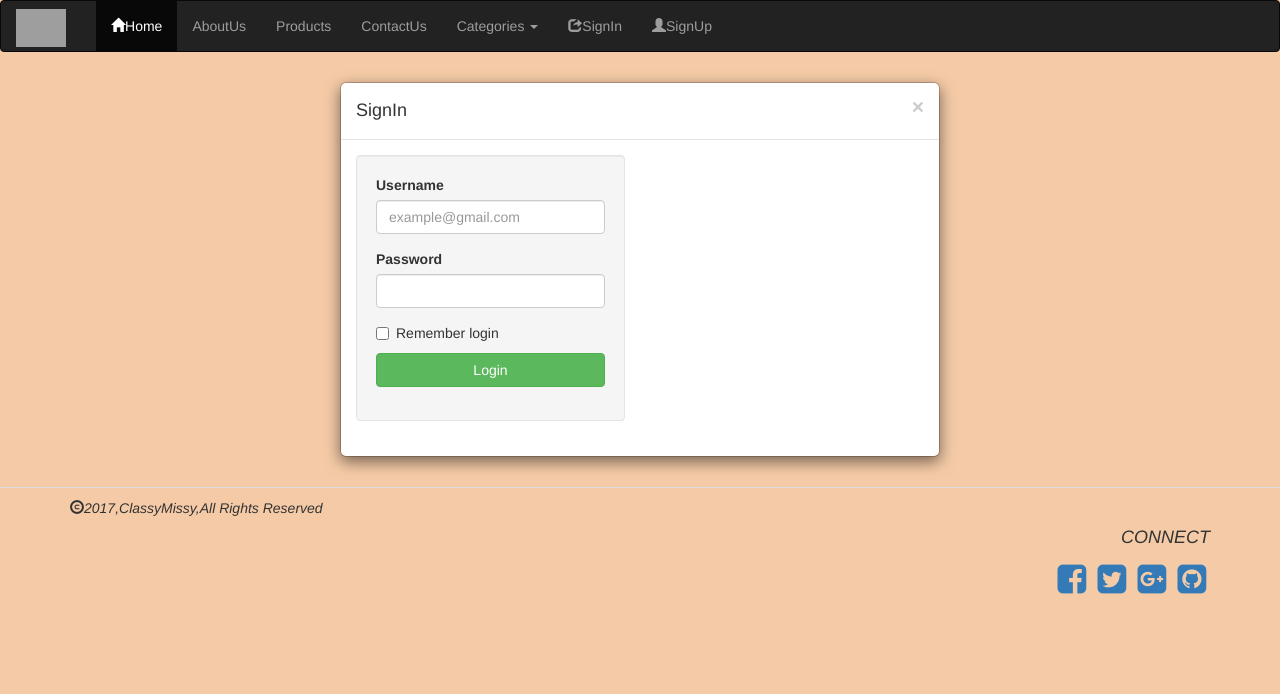
Repository: ananthi024/eCommerce-Project
Page: http://localhost/ClassyMissyFrontend/WEB-INF/views/Login.jsp
These files come from the project's save history. The page is drawn as it stood at one moment and after the next save; the edit follows.
The browser window is 1280 px wide. The pictures show the whole page.
Pictures or frames that could not be fetched are drawn as grey boxes. Some web libraries are served in a nearby version. The page is served by Tomcat 9. Nobody is signed in. Other server files are loaded and not shown. The template is opened directly, without the code that normally fills it, so the values that code supplies are empty.

Above is the page before, as saved 2017-07-11 07:12:12.
Console error (its wording comes from the project's code and is left out).

### 11th July/MyProject/ClassyMissyFrontend/src/main/webapp/WEB-INF/views/Login.jsp
<%@ page language="java" contentType="text/html"%>
<%@include file="Header.jsp" %>
<link href="//maxcdn.bootstrapcdn.com/font-awesome/4.1.0/css/font-awesome.min.css" rel="stylesheet">
<meta name="viewport" content="width=device-width,initial-scale=1">
<link rel="stylesheet" href="https://maxcdn.bootstrapcdn.com/bootstrap/3.3.7/css/bootstrap.min.css">
<script src="https://maxcdn.bootstrapcdn.com/bootstrap/3.3.7/js/bootstrap.min.js"></script>
<script src="https://ajax.googleapis.com/ajax/libs/jquery/3.1.1/jquery.min.js"></script>
</head>
<body>
    <div id="login-overlay" class="modal-dialog">
      <div class="modal-content">
          <div class="modal-header">
              <button type="button" class="close" data-dismiss="modal"><span aria-hidden="true">×</span><span class="sr-only">Close</span></button>
              <h4 class="modal-title" id="myModalLabel">SignIn </h4>
          </div>
          <div class="modal-body">
              <div class="row">
                  <div class="col-xs-6">
                      <div class="well">
                          <form id="loginForm" action="perform_login" method="POST"  novalidate="novalidate" required>
                              <div class="form-group">
                                  <label for="username" class="control-label">Username</label>
                                  <input type="text" class="form-control" id="username" name="username" value="" required="" title="Please enter you username" placeholder="example@gmail.com">
                                  <span class="help-block"></span>
                              </div>
                              <div class="form-group">
                                  <label for="password" class="control-label">Password</label>
                                  <input type="password" class="form-control" id="password" name="password" value="" required="" title="Please enter your password">
                                  <span class="help-block"></span>
                              </div>
                              <div id="loginErrorMsg" class="alert alert-error hide">Wrong username or password</div>
                              <div class="checkbox">
                                  <label>
                                      <input type="checkbox" name="remember" id="remember"> Remember login
                                  </label>

                              </div>
                              <button  type="submit" class="btn btn-success btn-block">Login</button>

                          </form>
                      </div>
                  </div>

              </div>
          </div>
      </div>
  </div>
  <%@include file="Footer.jsp" %>
  </body>
  </html>

### 11th July/MyProject/ClassyMissyFrontend/src/main/webapp/WEB-INF/views/Header.jsp
<%@ page language="java" contentType="text/html"%>
<%@ taglib uri="http://java.sun.com/jsp/jstl/core" prefix="c" %>
<html>
<head>
<title>ClassyMissy</title>

<meta name="viewport" content="width=device-width,initial-scale=1">
<link rel="stylesheet" href="https://maxcdn.bootstrapcdn.com/bootstrap/3.3.7/css/bootstrap.min.css">
<script src="https://maxcdn.bootstrapcdn.com/bootstrap/3.3.7/js/bootstrap.min.js"></script>
<script src="https://ajax.googleapis.com/ajax/libs/jquery/3.1.1/jquery.min.js"></script>

</head>
<body style="background-color:#f5cba7">
<form action="gh">
<!-- Starting The Navbar Code -->
<nav class="navbar navbar-inverse">
<div class="container-fluid">

<div class="navbar-header">
<a class="navbar-brand" rel="home" href="#" title="The Exprssion of Pearl">
                <img style="max-width:50px; margin-top: -7px;"
                     src="cma2.jpg">
            </a>
<a class="navbar-brand" href="Home.jsp"></a>
</div>
<div>
<c:if test="${sessionScope.loggedIn }">

<ul class="nav navbar-nav">
<li class="active"><a href="AdminHome"><span class="glyphicon glyphicon-home"></span>Home</a></li>
<li><a href="Category">Manage Category</a></li>
<li><a href="displayProduct">Manage Products</a>
<li><a href="Supplier">Manage Supplier</a></li>
<div class="nav navbar-nav navbar-right">
<li><a href="Header">Logout</a></li>
</div>

 <div class="nav navbar-nav navbar-right">
  <a href="#">${sessionScope.username}</a>


 </ul>
 </div>
 </c:if>
  </div>

<c:if test="${!sessionScope.loggedIn }">

<ul class="nav navbar-nav">
<li class="active"><a href="index.jsp"><span class="glyphicon glyphicon-home"></span>Home</a></li>
<li><a href="AboutUs">AboutUs</a></li>
<li><a href="displayProduct">Products</a>
<li><a href="ContactUs">ContactUs</a></li>
 <li class="dropdown"><a href="#" class="dropdown-toggle"
 data-toggle="dropdown" role="button" aria-haspopup="true"
 aria-expanded="false">Categories <span class="caret"></span></a>
          <ul class="dropdown-menu">
            <li><a href="#">Earing</a></li>
            <li><a href="#">Bracelet</a></li>
            <li><a href="#">Ring</a></li>
          </ul></li>

<div class="nav navbar-nav navbar-right">
<li><a href="login"><span class="glyphicon glyphicon-share"></span>SignIn </a></li>
<li><a href="Register"><span class="glyphicon glyphicon-user"></span>SignUp </a></li>




</div>
</ul>
</c:if>
</div>
</nav>
</form>
</body>
</html>

### 11th July/MyProject/ClassyMissyFrontend/src/main/webapp/WEB-INF/views/Footer.jsp
<%@ page language="java" contentType="text/html"%>
<!DOCTYPE html PUBLIC "-//W3C//DTD HTML 4.01 Transitional//EN" "http://www.w3.org/TR/html4/loose.dtd">
<html>
<head>
<meta charset="utf-8">
  <meta http-equiv="Content-Type" content="text/html; charset=ISO-8859-1">
  <meta name="viewport" content="width=device-width, initial-scale=1">
  <link rel="stylesheet" href="https://maxcdn.bootstrapcdn.com/bootstrap/3.3.7/css/bootstrap.min.css">
  <link rel="stylesheet" href="https://cdnjs.cloudflare.com/ajax/libs/font-awesome/4.6.3/css/font-awesome.min.css">
  <link href="//maxcdn.bootstrapcdn.com/font-awesome/4.1.0/css/font-awesome.min.css" rel="stylesheet">
  <link href="https://maxcdn.bootstrapcdn.com/bootstrap/3.3.5/css/bootstrap.min.css" rel="stylesheet" integrity="sha256-MfvZlkHCEqatNoGiOXveE8FIwMzZg4W85qfrfIFBfYc= sha512-dTfge/zgoMYpP7QbHy4gWMEGsbsdZeCXz7irItjcC3sPUFtf0kuFbDz/ixG7ArTxmDjLXDmezHubeNikyKGVyQ==" crossorigin="anonymous">
   <script src="https://ajax.googleapis.com/ajax/libs/jquery/1.12.4/jquery.min.js"></script>
  <script src="https://maxcdn.bootstrapcdn.com/bootstrap/3.3.7/js/bootstrap.min.js"></script>
  <style>
.panel-footer{
	background-color: transparent;
	font-style: oblique;
}
body{
	background-color: none;
	font:oblique;
	size:18;
}
.social:hover {
     -webkit-transform: scale(1.1);
     -moz-transform: scale(1.1);
     -o-transform: scale(1.1);
 }
 .social {
     -webkit-transform: scale(0.8);
     /* Browser Variations: */

     -moz-transform: scale(0.8);
     -o-transform: scale(0.8);
     -webkit-transition-duration: 0.5s;
     -moz-transition-duration: 0.5s;
     -o-transition-duration: 0.5s;
 }
/*
    Multicoloured Hover Variations
*/

 #social-fb:hover {
     color: #3B5998;
 }
 #social-tw:hover {
     color: #4099FF;
 }
 #social-gp:hover {
     color: #d34836;
 }
 #social-gh:hover {
     color: black;
 }
</style>
</head>
<body>
<div class="panel-footer">
<div class="container">
  <span class="glyphicon glyphicon-copyright-mark"></span>2017,ClassyMissy,All Rights Reserved

<div class="text-right right-block">
                <h4 >CONNECT</h4>
                <a href="https://www.facebook.com"><i id="social-fb" class="fa fa-facebook-square fa-3x social"></i></a>
	            <a href="https://twitter.com"><i id="social-tw" class="fa fa-twitter-square fa-3x social"></i></a>
	            <a href="https://plus.google.com"><i id="social-gp" class="fa fa-google-plus-square fa-3x social"></i></a>
	            <a href="https://github.com"><i id="social-gh" class="fa fa-github-square fa-3x social"></i></a>
</div>

</div>

</div>
</body>
</html>

<!-- // -->

After the next save:
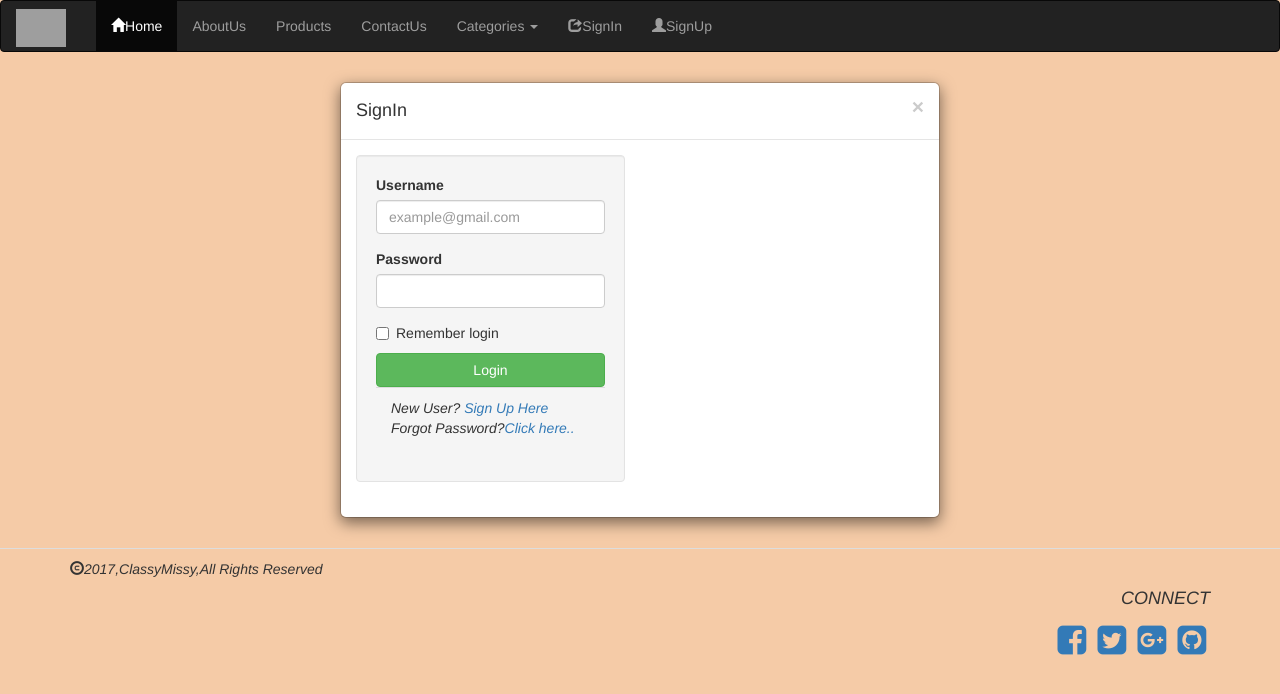
Saved 9 min 28 s later.
--- a/11th July/MyProject/ClassyMissyFrontend/src/main/webapp/WEB-INF/views/Login.jsp
+++ b/11th July/MyProject/ClassyMissyFrontend/src/main/webapp/WEB-INF/views/Login.jsp
@@ -36,7 +36,11 @@
 
                               </div>
                               <button  type="submit" class="btn btn-success btn-block">Login</button>
-
+                              <div class="panel-footer ">
+						New User? <a href="Register" onClick=""> Sign Up Here </a>
+						</br>
+						Forgot Password?<a href="ForgetPassword" onClick="">Click here..</a>
+					</div>
                           </form>
                       </div>
                   </div>
